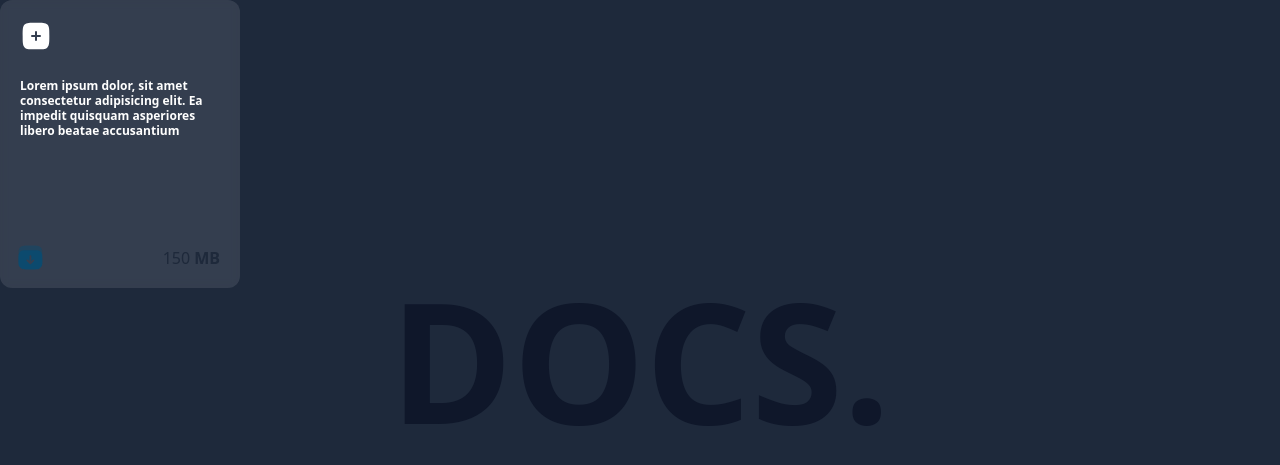
Repository: aliakbarmotallebi/framer-react
Page: /
The author's editor kept a copy of each file at every save. The page is drawn from the files as they stood at one save, then again after the next save.
The browser window is 1280 px wide. The pictures show the whole page.
The project was rebuilt for these pictures with package versions that can differ from the ones it lists, and the page was loaded fresh each time.

Above is the page before, as saved 2024-08-14 22:47:16.

### src/App.js
import React from "react";
import Background from "./components/Background";
import Card from "./components/Card";

function App() {
  return (
    <div className="relative h-screen w-full bg-slate-800">
      <Background />
      <div className="fixed left-0 top-0 z-[3] h-full w-full">
        <Card />
      </div>
    </div>
  );
}

export default App;

### src/components/Background.jsx
import React from "react";

function Background() {
    return <h1 className="absolute left-1/2 top-1/2 -translate-x-[50%] -translate-y-[50%] text-[13vw] font-semibold text-slate-900">
    DOCS.
  </h1>
}

export default Background;

### src/components/Card.jsx
import React, { Component } from 'react';
import { motion } from "framer-motion";

class Card extends Component {
    render() {
        return (
            <motion.div drag className="w-60 h-72 rounded-xl bg-white/10 backdrop-blur-sm p-5 text-white relative overflow-hidden">
                <button>
                <svg xmlns="http://www.w3.org/2000/svg" className="w-8 h-8" viewBox="0 0 24 24"><path fill="currentColor" fill-rule="evenodd" d="M12 22c-4.714 0-7.071 0-8.536-1.465C2 19.072 2 16.714 2 12s0-7.071 1.464-8.536C4.93 2 7.286 2 12 2s7.071 0 8.535 1.464C22 4.93 22 7.286 22 12s0 7.071-1.465 8.535C19.072 22 16.714 22 12 22m0-13.75a.75.75 0 0 1 .75.75v2.25H15a.75.75 0 0 1 0 1.5h-2.25V15a.75.75 0 0 1-1.5 0v-2.25H9a.75.75 0 0 1 0-1.5h2.25V9a.75.75 0 0 1 .75-.75" clip-rule="evenodd"/></svg>
                </button>
                <p className="text-xs leading-tight mt-5 font-semibold">
                    Lorem ipsum dolor, sit amet consectetur adipisicing elit. Ea impedit quisquam asperiores libero beatae accusantium
                </p>
                <div className="footer absolute bottom-0 w-full py-2 left-0">
                    <button className="text-sky-900 p-2 font-medium w-full">
                        <div className="flex justify-between items-center w-full px-2">
                        <svg xmlns="http://www.w3.org/2000/svg" width="1.8em" height="1.8em" viewBox="0 0 24 24"><path fill="currentColor" d="M12 2c4.713 0 7.07 0 8.535 1.464c.757.758 1.123 1.754 1.3 3.192V10H2.164V6.656c.176-1.438.541-2.434 1.299-3.192C4.928 2 7.285 2 11.999 2" opacity="0.5"/><path fill="currentColor" fill-rule="evenodd" d="M2 14c0-2.8 0-4.2.545-5.27A5 5 0 0 1 4.73 6.545C5.8 6 7.2 6 10 6h4c2.8 0 4.2 0 5.27.545a5 5 0 0 1 2.185 2.185C22 9.8 22 11.2 22 14s0 4.2-.545 5.27a5 5 0 0 1-2.185 2.185C18.2 22 16.8 22 14 22h-4c-2.8 0-4.2 0-5.27-.545a5 5 0 0 1-2.185-2.185C2 18.2 2 16.8 2 14m10.75-3a.75.75 0 0 0-1.5 0v4.19l-1.22-1.22a.75.75 0 1 0-1.06 1.06l2.5 2.5a.75.75 0 0 0 1.06 0l2.5-2.5a.75.75 0 1 0-1.06-1.06l-1.22 1.22z" clip-rule="evenodd"/></svg>
                            <h5 className="text-slate-800 ml-auto">
                                150
                                <span className="font-bold px-1">
                                    MB
                                </span>
                            </h5>
                        </div>
                    </button>
                </div>
            </motion.div>
        );
    }
}

export default Card;

Loaded but not shown: public/index.html (common file); src/index.js (common file); src/index.css (common file); tailwind.config.js (common file)

After the next save:
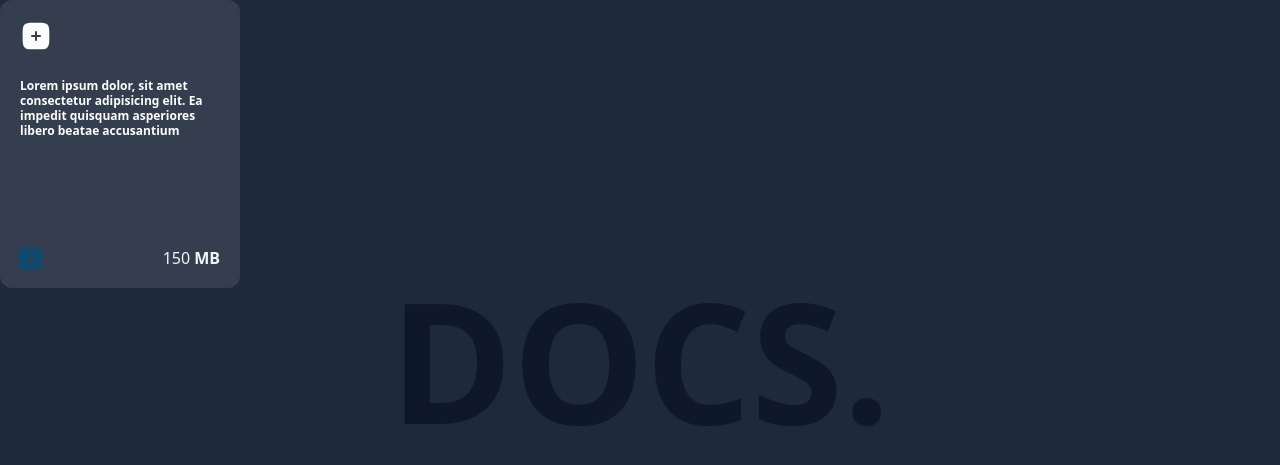
Saved 19 s later.
--- a/src/components/Card.jsx
+++ b/src/components/Card.jsx
@@ -14,8 +14,8 @@ class Card extends Component {
                 <div className="footer absolute bottom-0 w-full py-2 left-0">
                     <button className="text-sky-900 p-2 font-medium w-full">
                         <div className="flex justify-between items-center w-full px-2">
-                        <svg xmlns="http://www.w3.org/2000/svg" width="1.8em" height="1.8em" viewBox="0 0 24 24"><path fill="currentColor" d="M12 2c4.713 0 7.07 0 8.535 1.464c.757.758 1.123 1.754 1.3 3.192V10H2.164V6.656c.176-1.438.541-2.434 1.299-3.192C4.928 2 7.285 2 11.999 2" opacity="0.5"/><path fill="currentColor" fill-rule="evenodd" d="M2 14c0-2.8 0-4.2.545-5.27A5 5 0 0 1 4.73 6.545C5.8 6 7.2 6 10 6h4c2.8 0 4.2 0 5.27.545a5 5 0 0 1 2.185 2.185C22 9.8 22 11.2 22 14s0 4.2-.545 5.27a5 5 0 0 1-2.185 2.185C18.2 22 16.8 22 14 22h-4c-2.8 0-4.2 0-5.27-.545a5 5 0 0 1-2.185-2.185C2 18.2 2 16.8 2 14m10.75-3a.75.75 0 0 0-1.5 0v4.19l-1.22-1.22a.75.75 0 1 0-1.06 1.06l2.5 2.5a.75.75 0 0 0 1.06 0l2.5-2.5a.75.75 0 1 0-1.06-1.06l-1.22 1.22z" clip-rule="evenodd"/></svg>
-                            <h5 className="text-slate-800 ml-auto">
+                        <svg xmlns="http://www.w3.org/2000/svg" width="1.8em" height="1.8em"  viewBox="0 0 24 24"><path fill="currentColor" d="M12 2c4.713 0 7.07 0 8.535 1.464c.757.758 1.123 1.754 1.3 3.192V10H2.164V6.656c.176-1.438.541-2.434 1.299-3.192C4.928 2 7.285 2 11.999 2" opacity="0.5"/><path fill="currentColor" fill-rule="evenodd" d="M2 14c0-2.8 0-4.2.545-5.27A5 5 0 0 1 4.73 6.545C5.8 6 7.2 6 10 6h4c2.8 0 4.2 0 5.27.545a5 5 0 0 1 2.185 2.185C22 9.8 22 11.2 22 14s0 4.2-.545 5.27a5 5 0 0 1-2.185 2.185C18.2 22 16.8 22 14 22h-4c-2.8 0-4.2 0-5.27-.545a5 5 0 0 1-2.185-2.185C2 18.2 2 16.8 2 14m10.75-3a.75.75 0 0 0-1.5 0v4.19l-1.22-1.22a.75.75 0 1 0-1.06 1.06l2.5 2.5a.75.75 0 0 0 1.06 0l2.5-2.5a.75.75 0 1 0-1.06-1.06l-1.22 1.22z" clip-rule="evenodd"/></svg>
+                            <h5 className="text-slate-100 ml-auto">
                                 150
                                 <span className="font-bold px-1">
                                     MB
